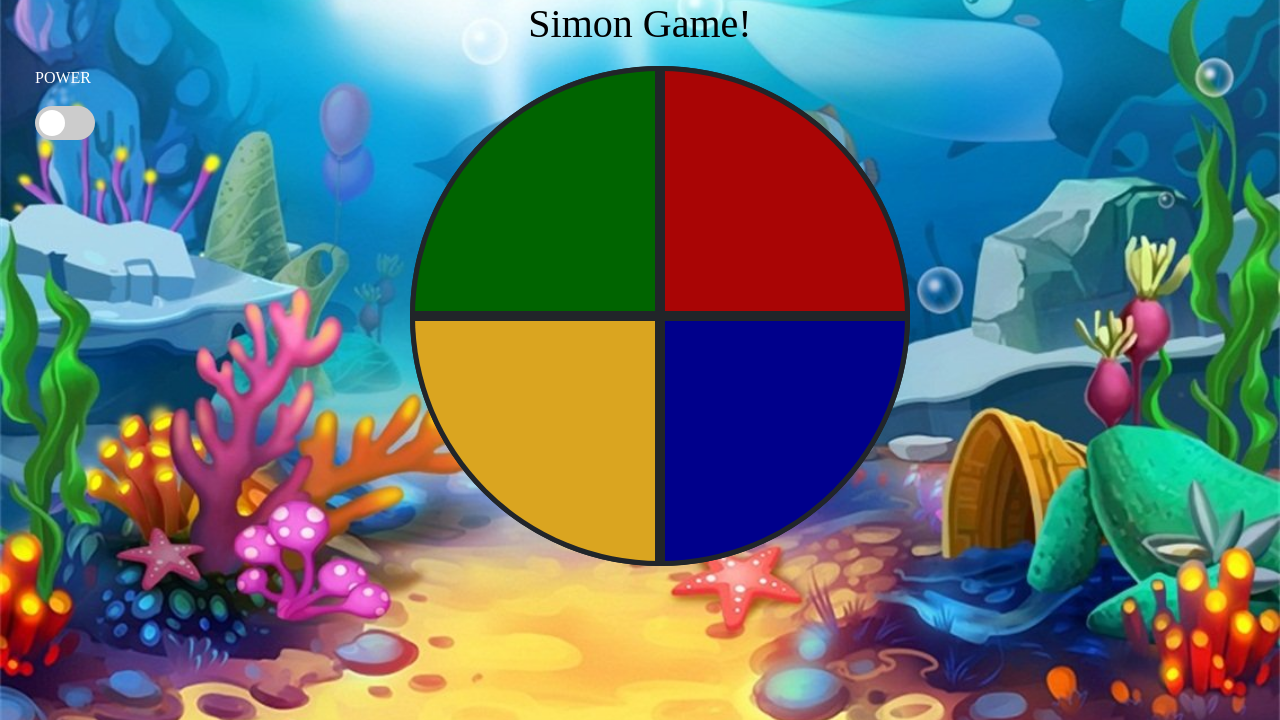
Repository: chrisoc19/SimonSays
Page: index.html
The author's editor kept a record of every edit. The page is drawn from the files as they stood at one moment, then again after the next edit.
The browser window is 1280 px wide. The pictures show the whole page.
Some web fonts or font styles are not loaded; a fallback is used.

Above is the page before.

### index.html
<!DOCTYPE html>
<html>
<html lang="en">

<head>
  <meta charset="UTF-8">
  <title>Simon Game</title>
  <meta name="viewport" content="width=device-width, initial-scale=1">
  <link href='https://fonts.googleapis.com/css?family=Original+Surfer&effect=emboss' rel='stylesheet' type='text/css'>
  <link rel="stylesheet" href="css/style.css">
  <link rel="stylesheet" href="https://stackpath.bootstrapcdn.com/bootstrap/4.3.1/css/bootstrap.min.css" integrity="sha384-ggOyR0iXCbMQv3Xipma34MD+dH/1fQ784/j6cY/iJTQUOhcWr7x9JvoRxT2MZw1T" crossorigin="anonymous">
  <script src="https://ajax.googleapis.com/ajax/libs/jquery/3.4.1/jquery.min.js"></script>
</head>

<body>


  <div class="container-fluid">
    <div class="row">
      <div class="col text text-box">
        <h1>Simon Game!</h1>


      </div>

    </div>


    <div class="row">
      <div class="col-sm-2 switches-wrapper">
        <div class="switches">

          <p class="newButtons">POWER</p>
          <label class="switch">
  <input type="checkbox" class="switch" id="on">
  <span class="slider round"></span>
</label>

          <div  class="remove d-none">

            <div id="turn"></div>
            <div class="text2">
              COUNT
            </div>


            <div class="button-container">
              <button class="button" id="start">Start</button>
            </div>


            <p class="newButtons ">STRICT</p>
            <label class="switch">
  <input type="checkbox" class="switch " id="strict">
  <span class="slider round"></span>
</label>

          </div>

        </div>

      </div>
      <div class="col-sm-8">
        <div class="circle">
          <div id="topleft"></div>
          <div id="topright"></div>
          <div id="bottomleft"></div>
          <div id="bottomright"></div>
        </div>
      </div>

    </div>
  </div>










  <script src="js/index.js"></script>

</body>

</html>

### css/style.css

body {
  padding-bottom: 20px;
  background-image: url("../img/sea.2.jpg");
  background-position: center;
  background-repeat: no-repeat;
  background-size: cover;

}

/* -----------------------------------------------------Simon game Text */

.text {
  font-family: 'Original Surfer', cursive;

  text-align: center;
  color: black;
}

.text-box {
  margin-bottom: 10px;
  background-color: rgba(0, 123, 255, 0);
}

.newButtons{
  font-family: 'Original Surfer', cursive;

  width: 65px;
  color: white;
}



.switches-wrapper {
  margin-left: 20px;
   background-color: rgba(0, 123, 255, 0);
}





/* The switch - the box around the slider */

.switch {
  position: relative;
  display: inline-block;
  width: 60px;
  height: 34px;
}

/* Hide default HTML checkbox */

.switch input {
  opacity: 0;
  width: 0;
  height: 0;
}

/* The slider */

.slider {
  position: absolute;
  cursor: pointer;
  top: 0;
  left: 0;
  right: 0;
  bottom: 0;
  background-color: #ccc;
  -webkit-transition: .4s;
  transition: .4s;
}

.slider:before {
  position: absolute;
  content: "";
  height: 26px;
  width: 26px;
  left: 4px;
  bottom: 4px;
  background-color: white;
  -webkit-transition: .4s;
  transition: .4s;
}

input:checked+.slider {
  background-color: #2196F3;
}

input:focus+.slider {
  box-shadow: 0 0 1px #2196F3;
}

input:checked+.slider:before {
  -webkit-transform: translateX(26px);
  -ms-transform: translateX(26px);
  transform: translateX(26px);
}

/* Rounded sliders */

.slider.round {
  border-radius: 34px;
}

.slider.round:before {
  border-radius: 50%;
}

.toggle {
  margin-left: 20px;
  margin-right: 20px;
}


.button {
  -webkit-transition-duration: 0.4s;
  /* Safari */
  transition-duration: 0.4s;
 font-family:  'Original Surfer', cursive;
}

.button:hover {
  background-color: #4CAF50;
  /* Green */
  color: white;
}

.button-container {
  margin-bottom: 10px;

}



.text2 {
  position: absolute;
  font-family: 'Original Surfer', cursive;
  margin-top: 170px;
  margin-bottom: 50px;
  margin-right: 100px;
}



#title {
  font-family: 'Original Surfer', cursive;
  font-size: 40px;
  text-align: center;

}



#turn {
  position: absolute;
  background: rgba(0,123,255,.5);
  /*background: #330000;*/
  color: red;
  font-family: courier;
  font-size: 20px;
  height: 30px;
  width: 50px;

  margin-top: 130px;
  margin-left: 5px;
  text-align: center;

  line-height: 30px;
}

/*------------------------------------------------- circle */

.circle {

  background: #385a94;
  border-radius: 50%;
  height: 500px;
  width: 500px;
  position: relative;
  border-style: solid;
  border-width: 10px;
  margin: auto;


}

#topleft {
  position: absolute;
  height: 250px;
  width: 250px;
  border-radius: 250px 0 0 0;
  -moz-border-radius: 250px 0 0 0;
  -webkit-border-radius: 250px 0 0 0;
  background: darkgreen;
  top: 50%;
  left: 50%;
  margin: -250px 0px 0px -250px;
  border-style: solid;
  border-width: 5px;
  box-sizing: border-box;
  -moz-box-sizing: border-box;
  -webkit-box-sizing: border-box;
}

#topright {
  position: absolute;
  height: 250px;
  width: 250px;
  border-radius: 0 250px 0 0;
  -moz-border-radius: 0 250px 0 0;
  -webkit-border-radius: 0 250px 0 0;
  background: #a90505;
  top: 50%;
  left: 50%;
  margin: -250px 0px 0px 0px;
  border-style: solid;
  border-width: 5px;
  box-sizing: border-box;
  -moz-box-sizing: border-box;
  -webkit-box-sizing: border-box;
}

#bottomleft {
  position: absolute;
  height: 250px;
  width: 250px;
  border-radius: 0 0 0 250px;
  -moz-border-radius: 0 0 0 250px;
  -webkit-border-radius: 0 0 0 250px;
  background: goldenrod;
  top: 50%;
  left: 50%;
  margin: 0px -250px 0px -250px;
  border-style: solid;
  border-width: 5px;
  box-sizing: border-box;
  -moz-box-sizing: border-box;
  -webkit-box-sizing: border-box;
}

#bottomright {
  position: absolute;
  height: 250px;
  width: 250px;
  border-radius: 0 0 250px 0;
  -moz-border-radius: 0 0 250px 0;
  -webkit-border-radius: 0 0 250px 0;
  background: darkblue;
  top: 50%;
  left: 50%;
  margin: 0px 0px -250px 0px;
  border-style: solid;
  border-width: 5px;
  box-sizing: border-box;
  -moz-box-sizing: border-box;
  -webkit-box-sizing: border-box;
}

### js/index.js
let order = [];
let playerOrder = [];
let flash;
let turn;
let good;
let compTurn;
let intervalId;
let strict = false;
let start = false;
let noise = true;
let on = false;
let win;

let oneNoise = new Audio('sounds/drop.mp3');
let twoNoise = new Audio('sounds/pop.mp3');
let threeNoise = new Audio('sounds/seagull.ogg');
let fourNoise = new Audio('sounds/radar.wav');
let startNoise = new Audio('sounds/startSound.ogg');
let offNoise = new Audio('sounds/off.ogg');
let winNoise = new Audio('sounds/winSound.wav');
let strictNoise = new Audio('sounds/b1.wav');


const turnCounter = document.querySelector("#turn");
const topLeft = document.querySelector("#topleft");
const topRight = document.querySelector("#topright");
const bottomLeft = document.querySelector("#bottomleft");
const bottomRight = document.querySelector("#bottomright");
const strictButton = document.querySelector("#strict");
const onButton = document.querySelector("#on");
const startButton = document.querySelector("#start");



//--------------------------------------------------------------- onButton

$('#on').click(function() {
    $('.remove').removeClass('d-none');
    $('.add').addClass('d-none');
})

onButton.addEventListener('click', (event) => {
    if (onButton.checked == true) {
        on = true;
        turnCounter.innerHTML = "-";
        startSound();
        flashColor();
        setTimeout(() => {
            clearColor();
        }, 800);
    }
    else {
        on = false;
        turnCounter.innerHTML = "Bye";
        setTimeout(() => {
            turnCounter.innerHTML = "";
        }, 1000);
        clearInterval(intervalId);
        off();
        flashColor();
        setTimeout(() => {
            clearColor();
        }, 800);
        setTimeout(() => {
            document.location.reload(true);
        }, 200);

    }

});

function startSound() {
    if (noise) {
        startNoise.play();
    }
    noise = true;

}

function off() {
    if (noise) {
        offNoise.play();
    }
    noise = true;

}
//---------------------------------------------------------------startButton
startButton.addEventListener('click', (event) => {
    if (on || win) {
        play();
        start = true;
    }
    if (onButton.checked == false) {
        startButton = 'unclick';
        start = false;

    }

});

//--------------------------------------------------------------- strictButton


strictButton.addEventListener('change', (event) => {
    if (onButton.checked == false) {
        document.getElementById("#strict").disabled = true;

    }
    if (strictButton.checked == true) {
        strict = true;
        strictSound();
        clearInterval(intervalId);
        turnCounter.innerHTML = "-";
        flashColor();
        setTimeout(() => {
            clearColor();
        }, 800);

    }
    else {
        strict = false;
        strictSound();
        clearInterval(intervalId);
        turnCounter.innerHTML = "-";
        flashColor();
        setTimeout(() => {
            clearColor();
        }, 800);

    }
});

function strictSound() {
    if (noise) {
        strictNoise.play();
    }
    noise = true;

}
//---------------------------------------------------------------play()
function play() {
    win = false;
    order = [];
    playerOrder = [];
    flash = 0;
    intervalId = 0;
    turn = 1;
    turnCounter.innerHTML = 1;
    good = true;
    for (var i = 0; i < 20; i++) {
        order.push(Math.floor(Math.random() * 4) + 1);
    }
    compTurn = true;

    intervalId = setInterval(gameTurn, 800);
}
//---------------------------------------------------------------GameTurn  ()
function gameTurn() {
    on = false;

    if (flash == turn) {
        clearInterval(intervalId);
        compTurn = false;
        clearColor();
        on = true;
    }

    if (compTurn) {
        clearColor();
        setTimeout(() => {
            if (order[flash] == 1) one();
            if (order[flash] == 2) two();
            if (order[flash] == 3) three();
            if (order[flash] == 4) four();
            flash++;
        }, 200);
    }
}
//--------------------------------------------------------------- Function 1 - 4
function one() {
    if (noise) {
        oneNoise.play();
    }
    noise = true;
    topLeft.style.backgroundColor = "lightgreen";
}

function two() {
    if (noise) {
        twoNoise.play();
    }
    noise = true;
    topRight.style.backgroundColor = "tomato";
}

function three() {
    if (noise) {
        threeNoise.play();
    }
    noise = true;
    bottomLeft.style.backgroundColor = "yellow";
}

function four() {
    if (noise) {
        fourNoise.play();
    }
    noise = true;
    bottomRight.style.backgroundColor = "lightskyblue";
}
//---------------------------------------------------------------clear color
function clearColor() {
    topLeft.style.backgroundColor = "darkgreen";
    topRight.style.backgroundColor = "darkred";
    bottomLeft.style.backgroundColor = "goldenrod";
    bottomRight.style.backgroundColor = "darkblue";
}
//---------------------------------------------------------------  flash Colors
function flashColor() {
    topLeft.style.backgroundColor = "lightgreen";
    topRight.style.backgroundColor = "tomato";
    bottomLeft.style.backgroundColor = "yellow";
    bottomRight.style.backgroundColor = "lightskyblue";
}
//---------------------------------------------------------------Click Events
topLeft.addEventListener('click', (event) => {
    if (on && start) {
        playerOrder.push(1);
        check();
        one();
        if (!win) {
            setTimeout(() => {
                clearColor();
            }, 300);
        }
    }

});

topRight.addEventListener('click', (event) => {
    if (on && start) {
        playerOrder.push(2);
        check();
        two();
        if (!win) {
            setTimeout(() => {
                clearColor();
            }, 300);
        }
    }
});

bottomLeft.addEventListener('click', (event) => {
    if (on && start) {
        playerOrder.push(3);
        check();
        three();
        if (!win) {
            setTimeout(() => {
                clearColor();
            }, 300);
        }
    }

});

bottomRight.addEventListener('click', (event) => {
    if (on && start) {
        playerOrder.push(4);
        check();
        four();
        if (!win) {
            setTimeout(() => {
                clearColor();
            }, 300);
        }
    }
});
//---------------------------------------------------------------Check()
function check() {
    if (playerOrder[playerOrder.length - 1] !== order[playerOrder.length - 1])
        good = false;

    if (playerOrder.length == 3 && good) {
        winGame();
    }
    if (good == false) {
        turnCounter.innerHTML = "NO!";
        setTimeout(() => {
            turnCounter.innerHTML = turn;
            clearColor();

            if (strict) {
                play();
            }
            else {
                compTurn = true;
                flash = 0;
                playerOrder = [];
                good = true;
                intervalId = setInterval(gameTurn, 800);
            }
        }, 800);
        noise = false;
    }
    if (turn == playerOrder.length && good && !win) {
        turn++;
        playerOrder = [];
        compTurn = true;
        flash = 0;
        turnCounter.innerHTML = turn;
        intervalId = setInterval(gameTurn, 800);
    }
}
//---------------------------------------------------------------winGame
function winGame() {
    flashColor();
    winSound();
    turnCounter.innerHTML = "win!";
    on = false;
    win = true;
}

function winSound() {
    if (noise) {
        winNoise.play();
    }
    noise = true;

}

After the next edit:
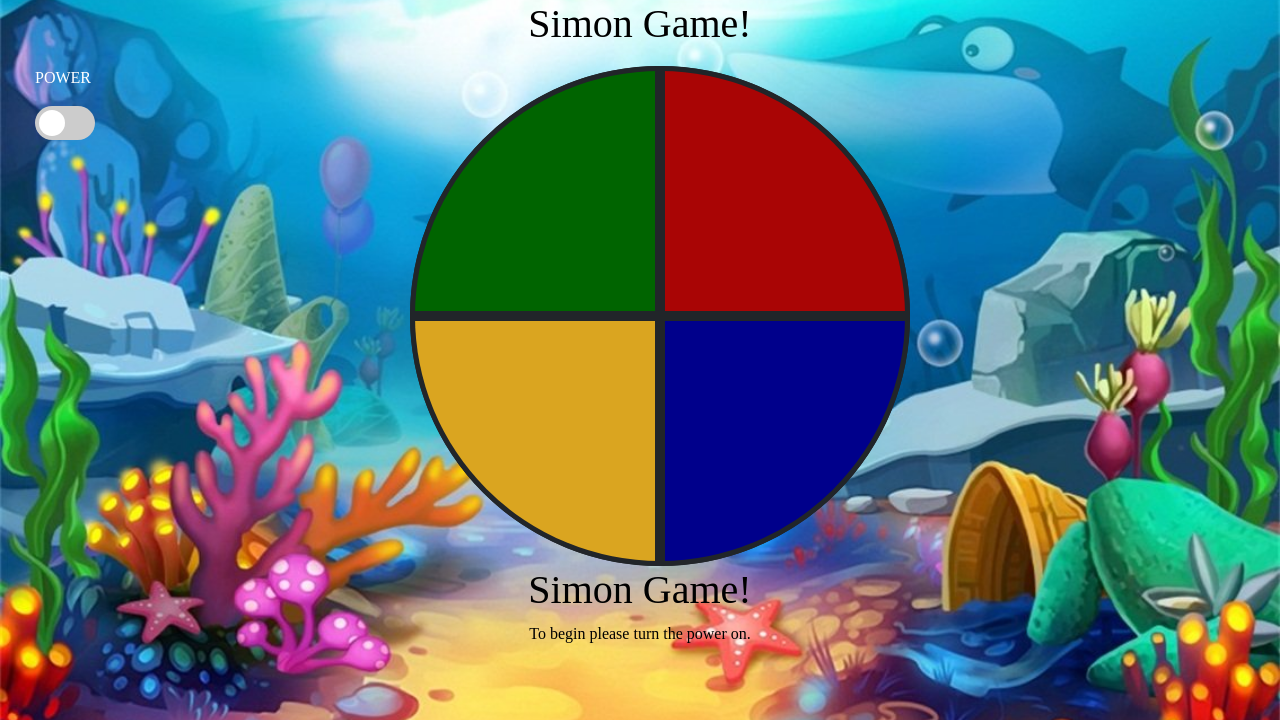
The edit:
--- a/index.html
+++ b/index.html
@@ -72,6 +72,15 @@
     </div>
   </div>
 
+<div class="container-fluid">
+    <div class="row">
+      <div class="col text text-box">
+        <h1>Simon Game!</h1>
+        <p class="add">To begin please turn the power on. </p>
+
+      </div>
+
+    </div>
 
 
 
